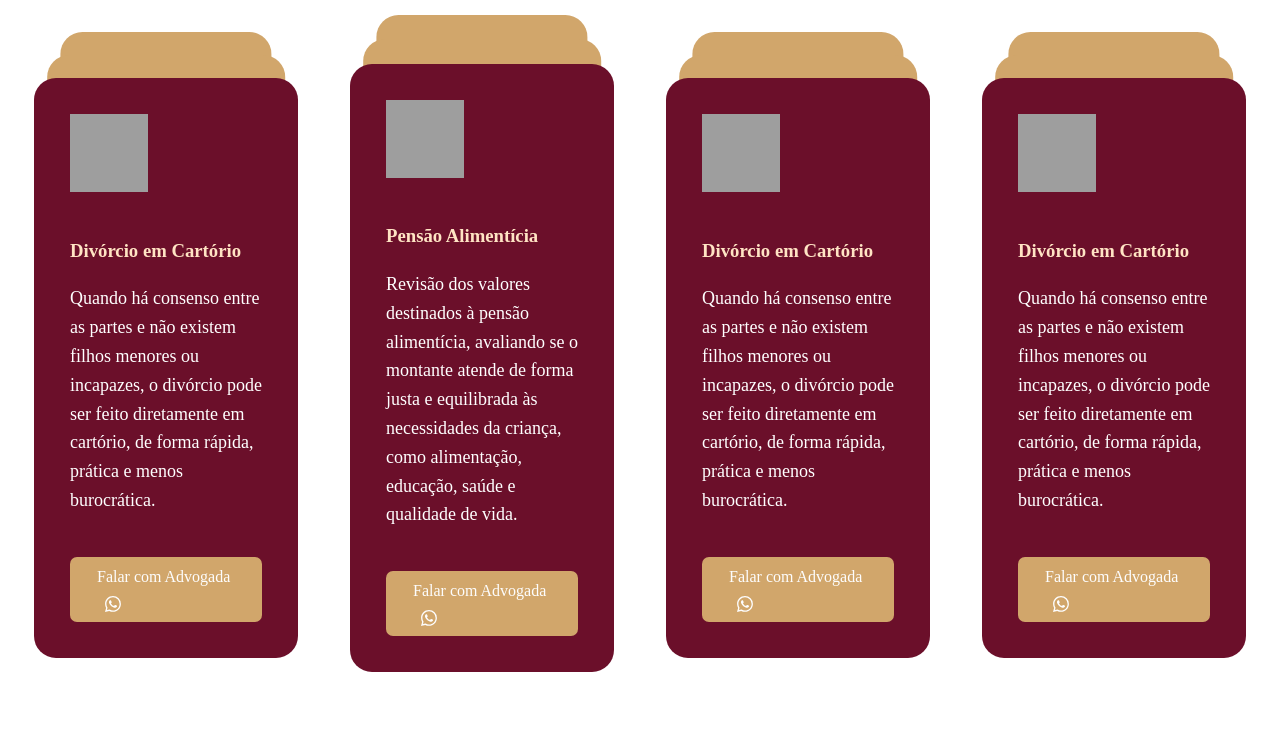
Repository: EmanuelVieiira/landing-page-advocacia
Page: teste.html
The author's editor kept a copy of each file at every save. The page is drawn from the files as they stood at one save, then again after the next save.
The browser window is 1280 px wide. The pictures show the whole page.
Pictures or frames that could not be fetched are drawn as grey boxes.

Above is the page before, as saved 2026-02-05 15:47:07.

After the next save:
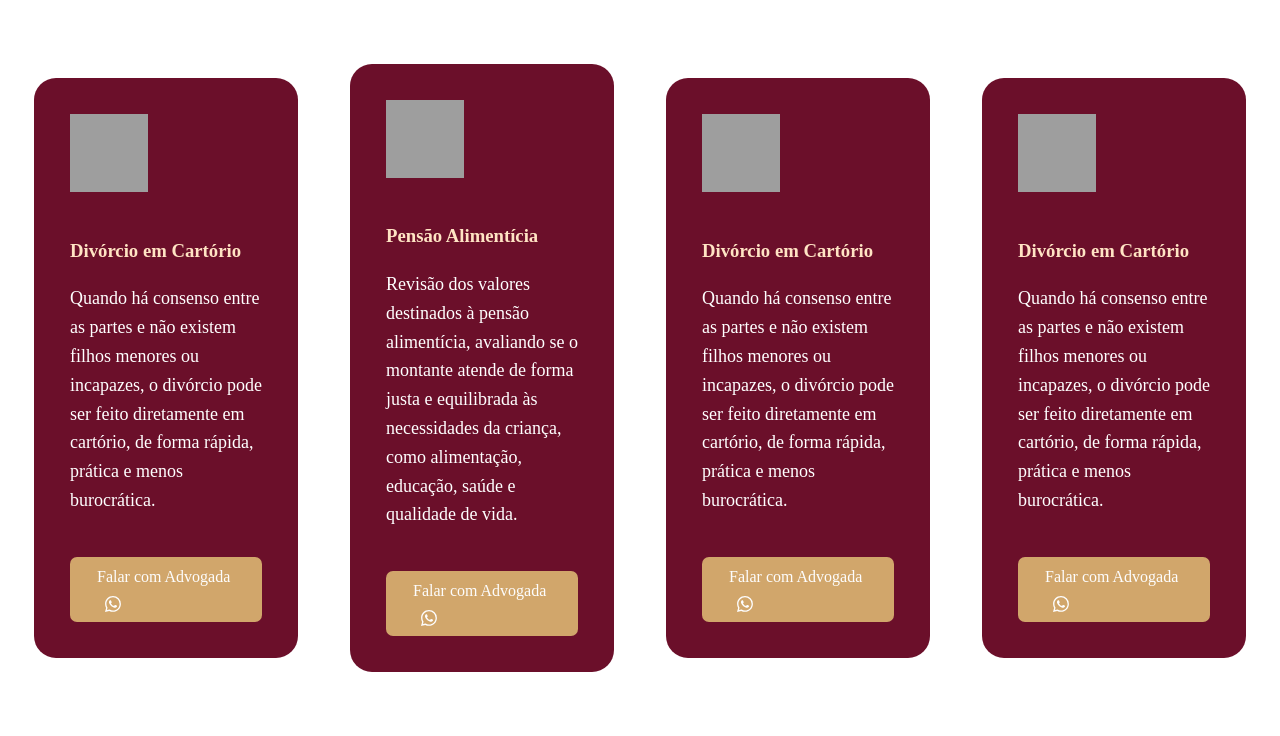
Saved 10 s later.
--- a/teste.html
+++ b/teste.html
@@ -17,7 +17,7 @@
   display: flex;
   align-items: center;
   justify-content: center;
-  height: auto;
+  height: 22px;
   width: 330px;
   border-radius: 24px;
   line-height: 1.6;

After the save that followed:
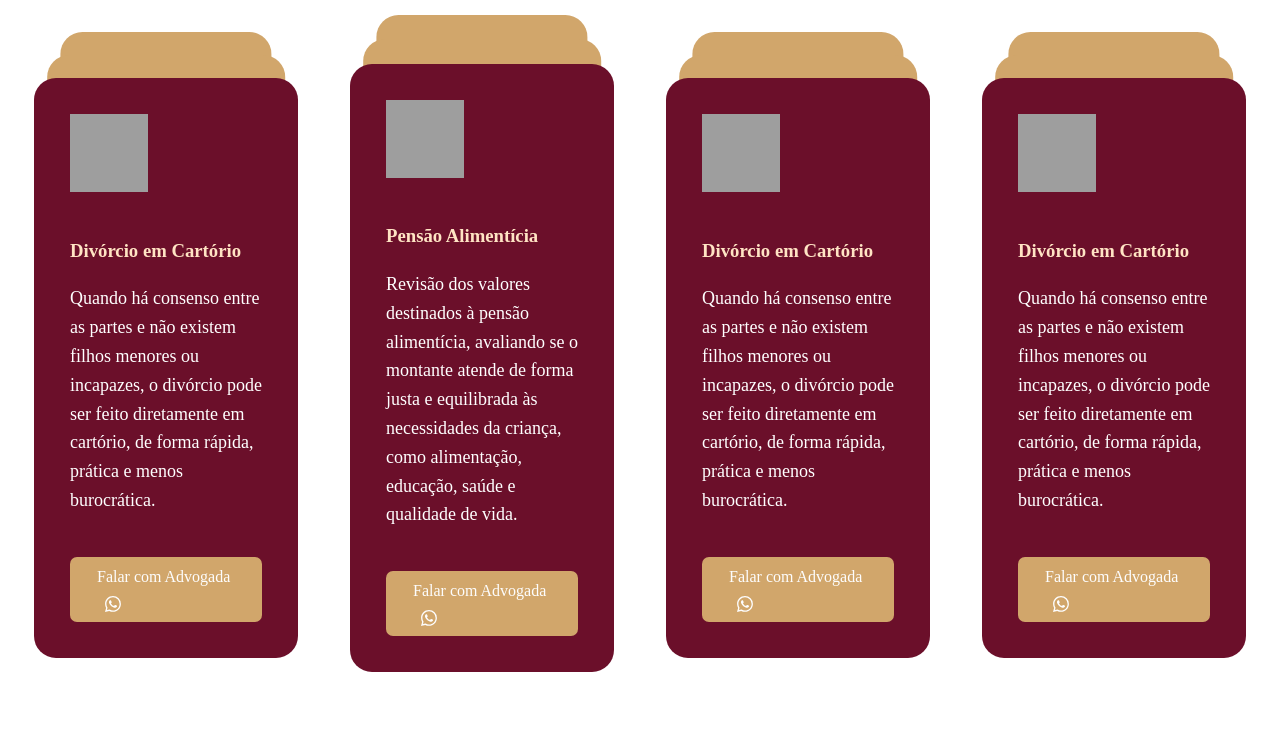
Saved 12 s later.
--- a/teste.html
+++ b/teste.html
@@ -17,7 +17,7 @@
   display: flex;
   align-items: center;
   justify-content: center;
-  height: 22px;
+
   width: 330px;
   border-radius: 24px;
   line-height: 1.6;
